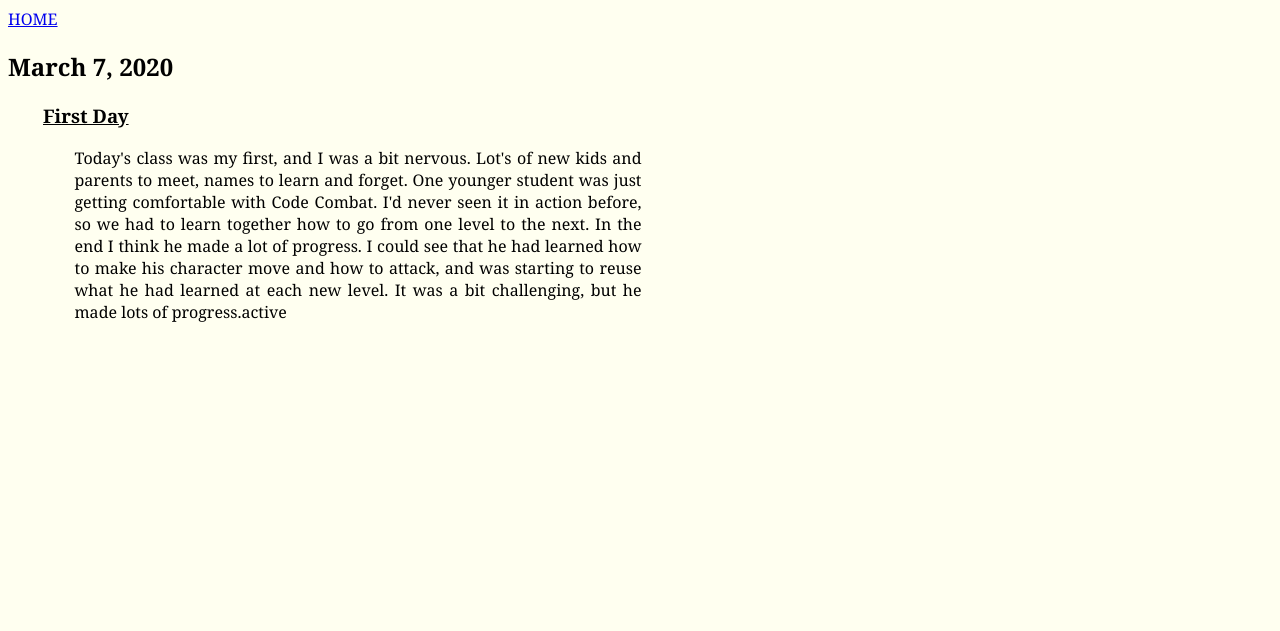
Repository: chocochocosensei/Mission-Exercises
Page: Page1/index.html
These files come from the project's save history. The page is drawn as it stood at one moment and after the next save; the edit follows.
The browser window is 1280 px wide. The pictures show the whole page.

Above is the page before, as saved 2020-03-11 03:50:13.

### Page1/index.html
<!doctype html>
<html>

<head>
    <meta charset="utf-8">
    <link rel="stylesheet" href="../style.css">
    <title>Mission Exercises March 7 2020</title>
</head>

<body>
    <section>
        <div class="nav-bar"><a href="../index.html">HOME</a></div>
    </section>

    <section>
        <div class="section-title">
            <h2 id="diary-date">March 7, 2020</h2>
        </div>

        <div class="section-activity">
            <div class="class">
                <div class="title">
                    <h3>First Day</h3>
                </div>
                <div class="content">
                    <p>Today's class was my first, and I was a bit nervous. Lot's of new kids and parents to meet, names to learn and forget. One younger student was just getting comfortable with Code Combat. I'd never seen it in action before, so we had
                        to learn together how to go from one level to the next. In the end I think he made a lot of progress. I could see that he had learned how to make his character move and how to attack, and was starting to reuse what he had learned
                        at each new level. It was a bit challenging, but he made lots of progress.active</p>
                </div>

            </div>

            <div class="class hours hidden">
                <div class="title">
                    <h3 class="title">Hours</h3>
                </div>
                <div class="content">
                    <p>Class: 10:30-12:30</p>
                    <p>Hours: 2</p>
                </div>

            </div>
        </div>
    </section>


</body>

### style.css
body {
    background-color: ivory;
    font-family: Cambria, Cochin, Georgia, Times, 'Times New Roman', serif;
    max-width: 700px;
}

*.hidden {
    display: none;
}

.section-title {}

.section-activity {
    margin: 0 5%;
}

.section-activity .content p {
    margin: 0 5%;
    text-align: justify;
}

.title {
    font-weight: bold;
    text-decoration: underline;
}

After the next save:
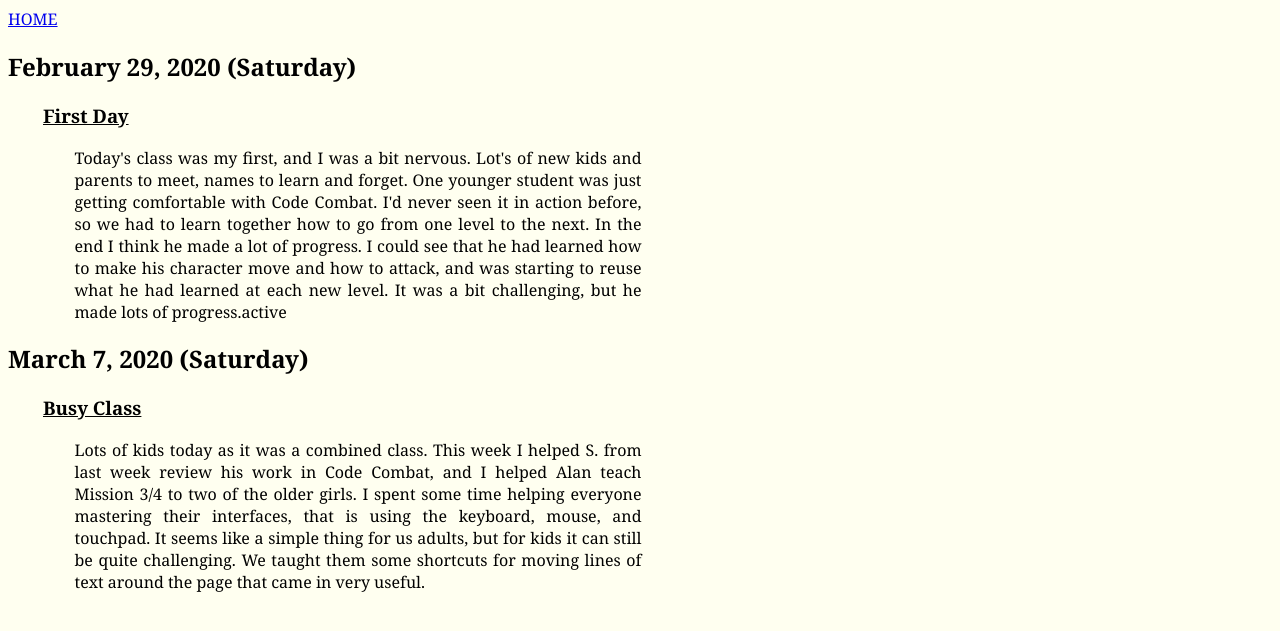
Saved 2 min 0 s later.
--- a/Page1/index.html
+++ b/Page1/index.html
@@ -4,7 +4,7 @@
 <head>
     <meta charset="utf-8">
     <link rel="stylesheet" href="../style.css">
-    <title>Mission Exercises March 7 2020</title>
+    <title>Mission Exercises March</title>
 </head>
 
 <body>
@@ -14,25 +14,23 @@
 
     <section>
         <div class="section-title">
-            <h2 id="diary-date">March 7, 2020</h2>
+            <h2 id="entry-date-for-2020-02-29">February 29, 2020 (Saturday)</h2>
         </div>
-
         <div class="section-activity">
-            <div class="class">
+            <div class="card">
                 <div class="title">
-                    <h3>First Day</h3>
+                    <h3 id="entry-title-for-2020-02-29">First Day</h3>
                 </div>
                 <div class="content">
                     <p>Today's class was my first, and I was a bit nervous. Lot's of new kids and parents to meet, names to learn and forget. One younger student was just getting comfortable with Code Combat. I'd never seen it in action before, so we had
                         to learn together how to go from one level to the next. In the end I think he made a lot of progress. I could see that he had learned how to make his character move and how to attack, and was starting to reuse what he had learned
                         at each new level. It was a bit challenging, but he made lots of progress.active</p>
                 </div>
-
             </div>
 
-            <div class="class hours hidden">
+            <div class="card class-hours hidden">
                 <div class="title">
-                    <h3 class="title">Hours</h3>
+                    <h3 id="hours-for-2020-02-29">Hours for February 29, 2020</h3>
                 </div>
                 <div class="content">
                     <p>Class: 10:30-12:30</p>
@@ -43,5 +41,33 @@
         </div>
     </section>
 
+    <section>
+        <div class="section-title">
+            <h2 id="entry-date-for-2020-03-07">March 7, 2020 (Saturday)</h2>
+        </div>
+        <div class="section-activity">
+            <div class="card">
+                <div class="title">
+                    <h3 id="entry-title-for-2020-03-07">Busy Class</h3>
+                </div>
+                <div class="content">
+                    <p>Lots of kids today as it was a combined class. This week I helped S. from last week review his work in Code Combat, and I helped Alan teach Mission 3/4 to two of the older girls. I spent some time helping everyone mastering their interfaces,
+                        that is using the keyboard, mouse, and touchpad. It seems like a simple thing for us adults, but for kids it can still be quite challenging. We taught them some shortcuts for moving lines of text around the page that came in very
+                        useful.
+                    </p>
+                </div>
+            </div>
 
+            <div class="card class-hours hidden">
+                <div class="title">
+                    <h3 id="hours-for-2020-02-29">Hours for March 7, 2020</h3>
+                </div>
+                <div class="content">
+                    <p>Class: 10:30-12:30</p>
+                    <p>Hours: 2</p>
+                </div>
+
+            </div>
+        </div>
+    </section>
 </body>
